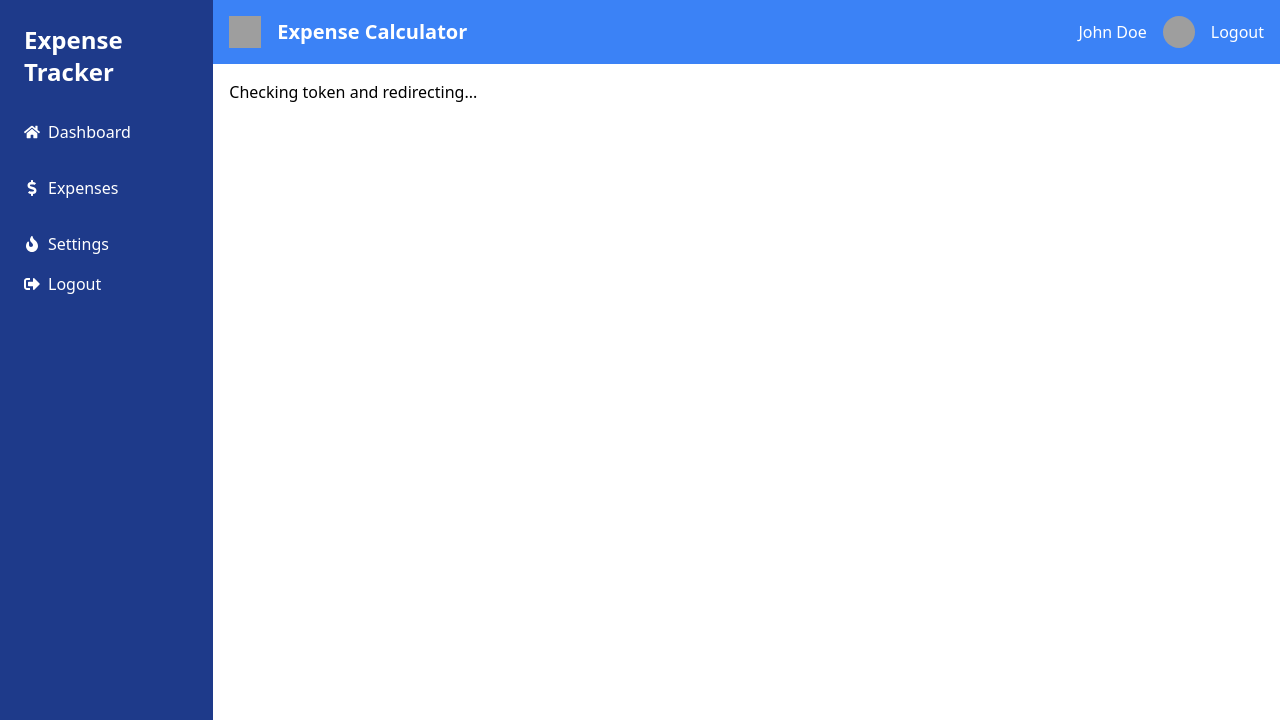
Repository: musabismael/expense-calculator-web
Page: /main
The author's editor kept a copy of each file at every save. The page is drawn from the files as they stood at one save, then again after a run of saves.
The browser window is 1280 px wide. The pictures show the whole page.
Pictures or frames that could not be fetched are drawn as grey boxes. An inner scrolling area shows only its first screen. The project was rebuilt for these pictures with package versions that can differ from the ones it lists, and the page was loaded fresh each time. The framework's server and built-in components were replaced by stand-ins that run in the browser. Also part of the build but not shown: next.config.js, src/components/dashboard/DashboardContent.jsx, src/pages/dashboard.jsx. Imported but missing from the stored project, and not drawn on this page: src/components/context/AuthContext.

Above is the page before, as saved 2023-08-25 02:52:03.

After the next 4 saves:
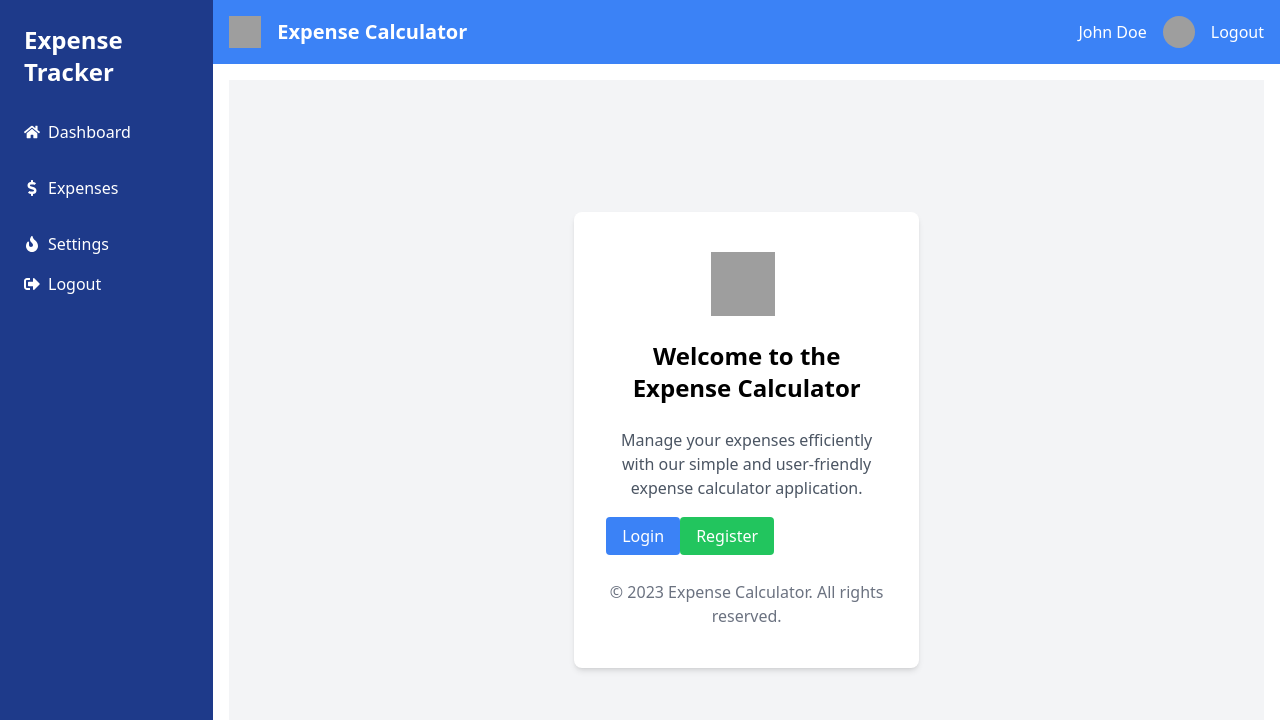
The 4 saves are shown as one change because they came seconds apart.
The last was saved 28 s later.
--- a/src/pages/main.jsx
+++ b/src/pages/main.jsx
@@ -23,5 +23,5 @@ export default function Main() {
     }
   }, []);
 
-  return <div>Checking token and redirecting...</div>;
+  return <div><Home/></div>;
 }
